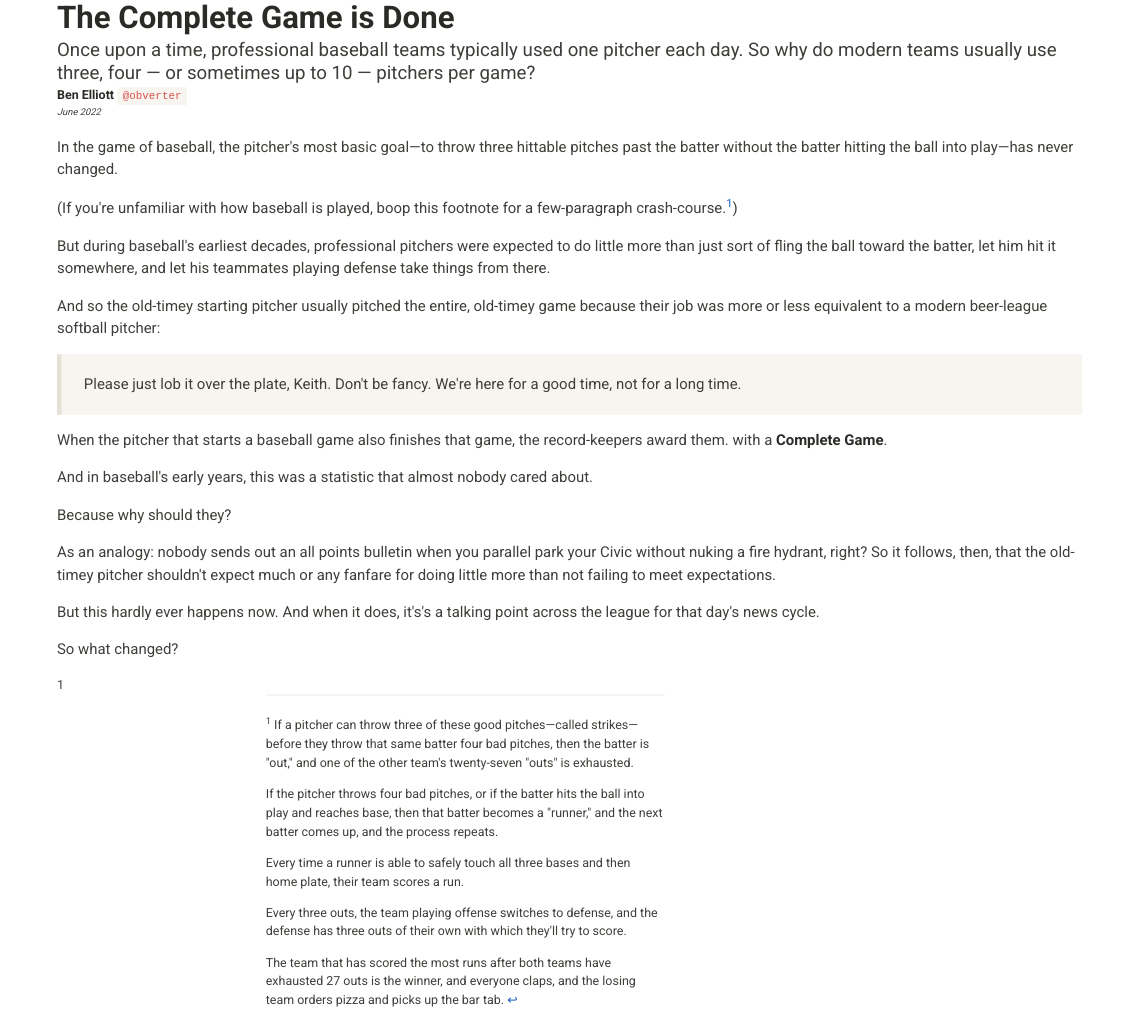
Repository: obverter/complete-games-are-done
Page: index.html
These files come from the project's save history. The page is drawn as it stood at one moment and after the next save; the edit follows.
The browser window is 1280 px wide. The pictures show the whole page, at 89% of full size.

Above is the page before, as saved 2022-06-25 08:06:03.

### index.html
<!DOCTYPE html>
<html>
    <head>
        <meta charset="utf-8" />
        <meta name="viewport" content="width=device-width, initial-scale=1" />
        <title>Complete Games Are Done</title>
        <!-- todo: Title above is the text in the browser tab. -->
        <link rel="stylesheet" href="docs/bulmaswap.min.css" />
    </head>

    <body>
        <div class="container is-multiline">
            <h1 class="title is-2">The Complete Game is Done</h1>
            <!-- todo: Title above is the Content title. -->
            <p class="subtitle is-4">
                Once upon a time, professional baseball teams typically used one
                pitcher each day. So why do modern teams usually use three, four
                — or sometimes up to 10 — pitchers per game?
                <!-- todo: Subtitle above is the Content subtitle. -->
            </p>

            <h6 class="title is-6">Ben Elliott <code>@obverter</code></h6>
            <h6 class="subtitle is-7"><em>June 2022</em></h6>
            <div class="content">
                <p>
                    In the game of baseball, the pitcher's most basic goal—to
                    throw three hittable pitches past the batter without the
                    batter hitting the ball into play—has never changed.
                </p>
                <p>
                    (If you're unfamiliar with how baseball is played, boop this
                    footnote for a few-paragraph crash-course.<sup
                        ><a href="#fn1" id="ref1">1</a></sup
                    >)
                </p>
                <p>
                    But during baseball's earliest decades, professional
                    pitchers were expected to do little more than just sort of
                    fling the ball toward the batter, let him hit it somewhere,
                    and let his teammates playing defense take things from
                    there.
                </p>
                <p>
                    And so the old-timey starting pitcher usually pitched the
                    entire, old-timey game because their job was more or less
                    equivalent to a modern beer-league softball pitcher:
                </p>
                <blockquote>
                    Please just lob it over the plate, Keith. Don't be fancy.
                    We're here for a good time, not for a long time.
                </blockquote>
                <p>
                    When the pitcher that starts a baseball game also finishes
                    that game, the record-keepers award them. with a
                    <strong>Complete Game</strong>.
                </p>
                <p>
                    And in baseball's early years, this was a statistic that
                    almost nobody cared about.
                </p>
                <p>Because why should they?</p>
                <p>
                    As an analogy: nobody sends out an all points bulletin when
                    you parallel park your Civic without nuking a fire hydrant,
                    right? So it follows, then, that the old-timey pitcher
                    shouldn't expect much or any fanfare for doing little more
                    than not failing to meet expectations.
                </p>
                <p>
                    But this hardly ever happens now. And when it does, it's's a
                    talking point across the league for that day's news cycle.
                </p>
                <p>So what changed?</p>
                <!-- todo: FOOTNOTES -->

                <div class="columns is-size-6 is-justify-content-right">
                    <div class="column is-one-fifth">1</div>
                    <!-- todo: ↘ FOOTNOTES GO HERE ↙ -->
                    <div class="column is-two-fifths">
                        <hr width="is-two-fifths"/>
                        <p>
                            <sup>1</sup> If a pitcher can throw three of these
                            good pitches—called strikes—before they throw that
                            same batter four bad pitches, then the batter is
                            "out," and one of the other team's twenty-seven
                            "outs" is exhausted.
                        </p>
                        <p>
                            If the pitcher throws four bad pitches, or if the
                            batter hits the ball into play and reaches base,
                            then that batter becomes a "runner," and the next
                            batter comes up, and the process repeats.
                        </p>
                        <p>
                            Every time a runner is able to safely touch all
                            three bases and then home plate, their team scores a
                            run.
                        </p>
                        <p>
                            Every three outs, the team playing offense switches
                            to defense, and the defense has three outs of their
                            own with which they'll try to score.
                        </p>
                        <p>
                            The team that has scored the most runs after both
                            teams have exhausted 27 outs is the winner, and
                            everyone claps, and the losing team orders pizza and
                            picks up the bar tab.
                            <a
                                href="#ref1"
                                title="Jump back to footnote 1 in the text."
                                >↩</a
                            >
                        </p>
                    </div>
                </div>

                <!-- <div class="column">3</div>
                <div class="column">4</div>
            <div class="column">5</div> -->
            </div>
        </div>
    </body>
</html>

Loaded but not shown: docs/bulmaswap.min.css (library)

After the next save:
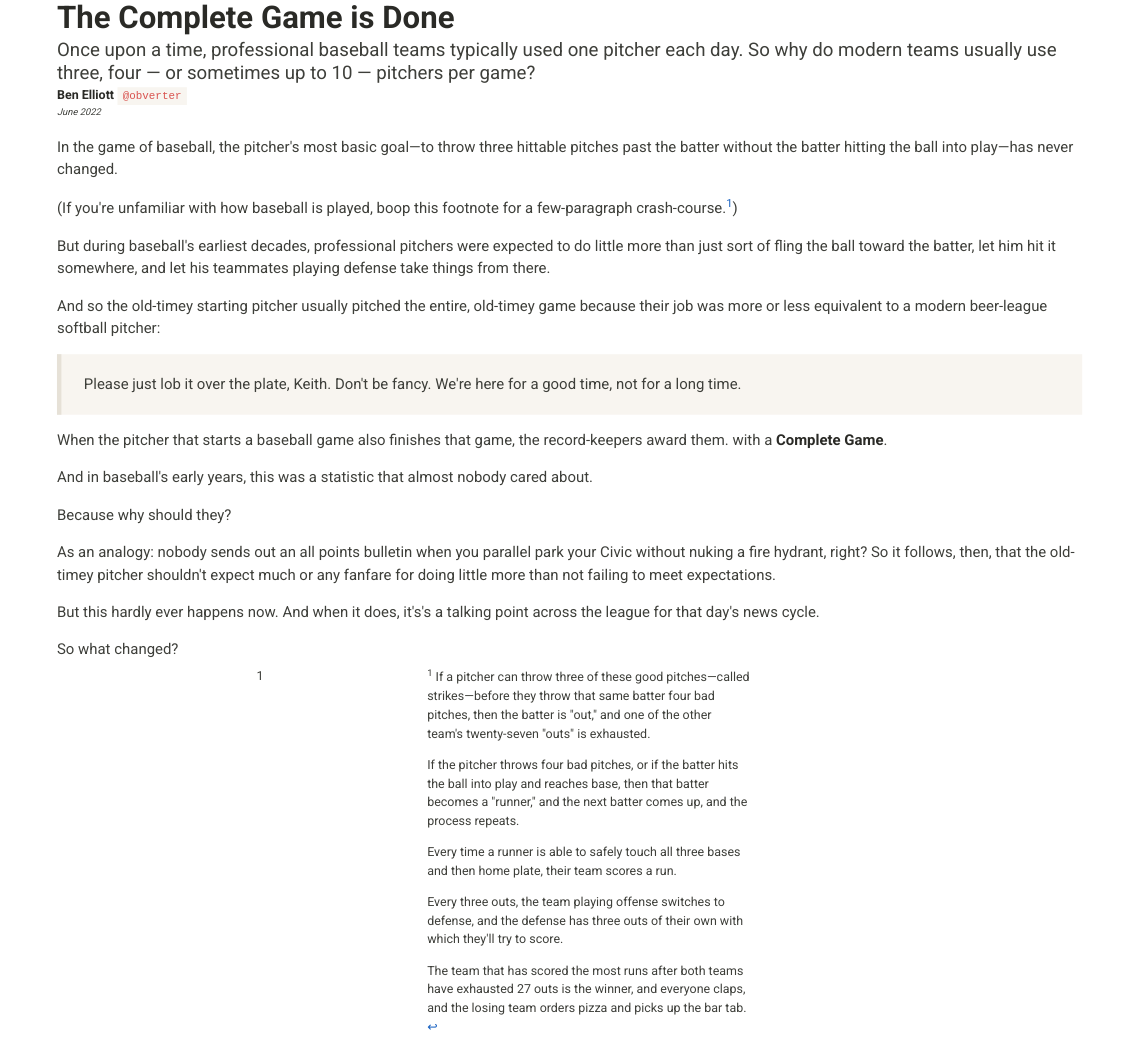
Saved 66 s later.
--- a/index.html
+++ b/index.html
@@ -72,12 +72,15 @@
                 </p>
                 <p>So what changed?</p>
                 <!-- todo: FOOTNOTES -->
+                <div class="columns">
+<div class="column is-one-fifth"
+                    <hr />
+                </div>
 
                 <div class="columns is-size-6 is-justify-content-right">
                     <div class="column is-one-fifth">1</div>
                     <!-- todo: ↘ FOOTNOTES GO HERE ↙ -->
                     <div class="column is-two-fifths">
-                        <hr width="is-two-fifths"/>
                         <p>
                             <sup>1</sup> If a pitcher can throw three of these
                             good pitches—called strikes—before they throw that
